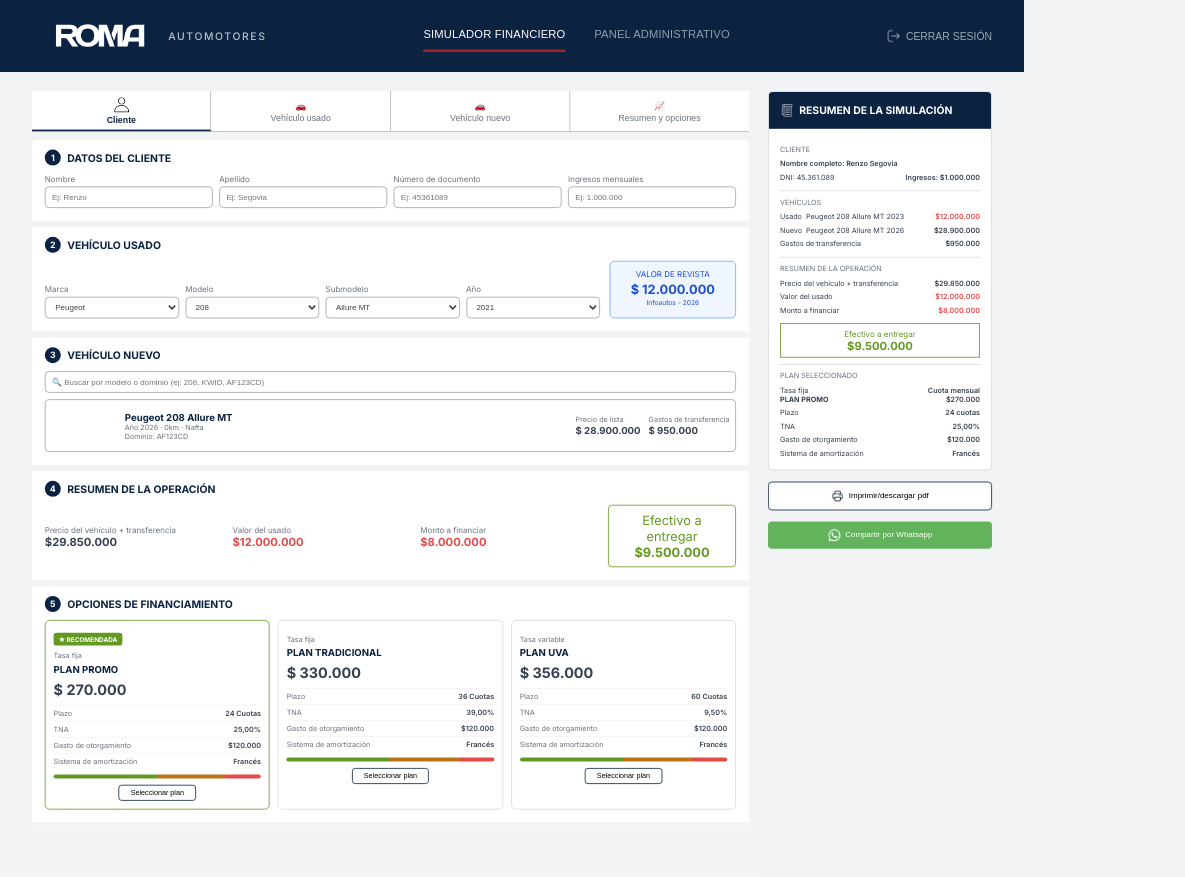
Repository: PPIII-9-012/Roma-System
Page: public/index.html
These files come from the project's save history. The page is drawn as it stood at one moment and after the next save; the edit follows.
The browser window is 1280 px wide. The page is 1280 px wide, then 1481 px, then 1280 px, so the pictures cover 1481 px, including what lies to the right of the window. The pictures show the whole page, at 80% of full size.

Above is the page before, as saved 2026-08-22 16:34:08.

After the next save:
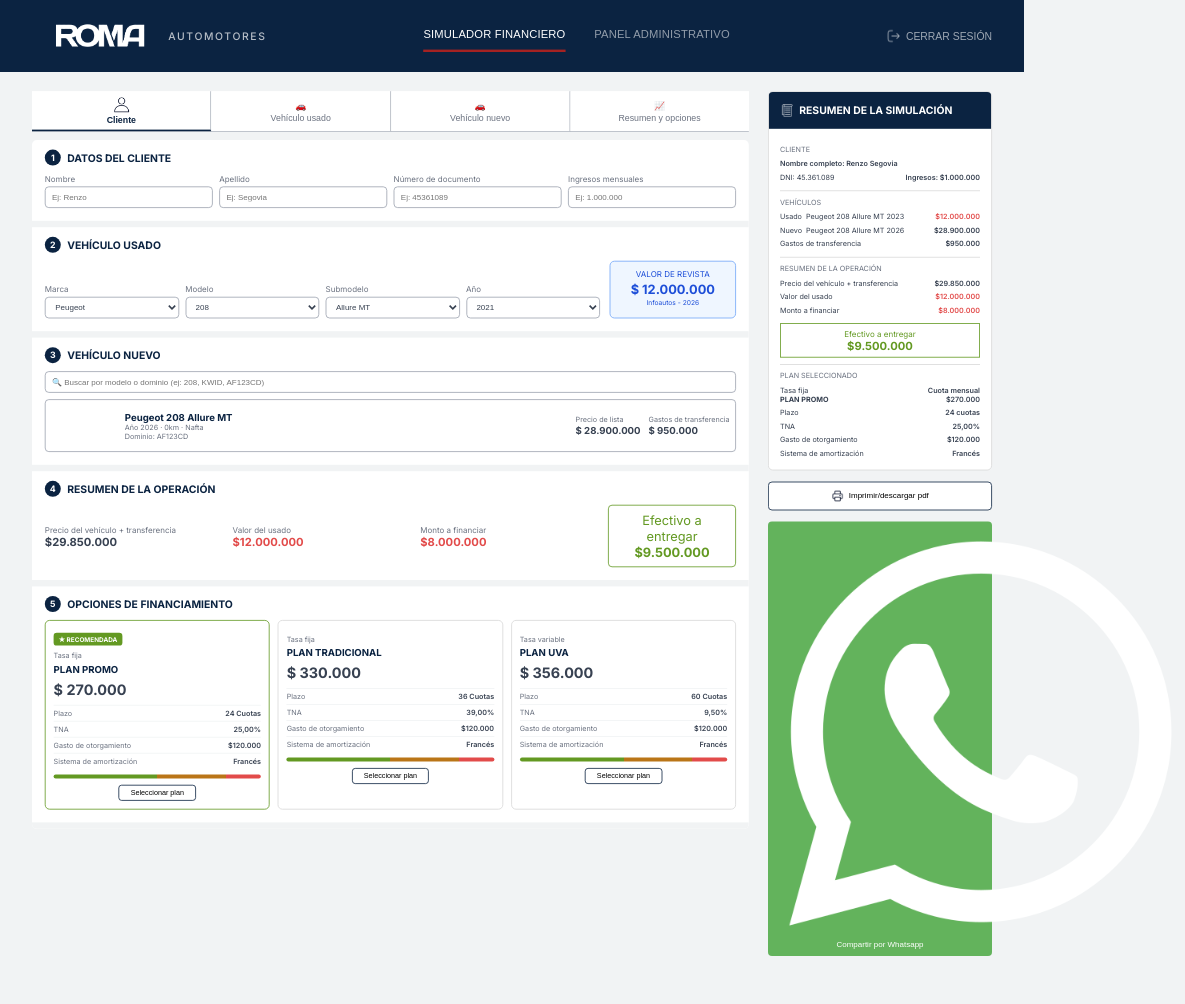
Saved 48 s later.
--- a/public/index.html
+++ b/public/index.html
@@ -237,6 +237,7 @@
             vertical-align: middle;
             margin-right: 6px;
         }
+        .side-action hover
         .whatsapp-logo {
             width: auto;
             height: 16px;

After the save that followed:
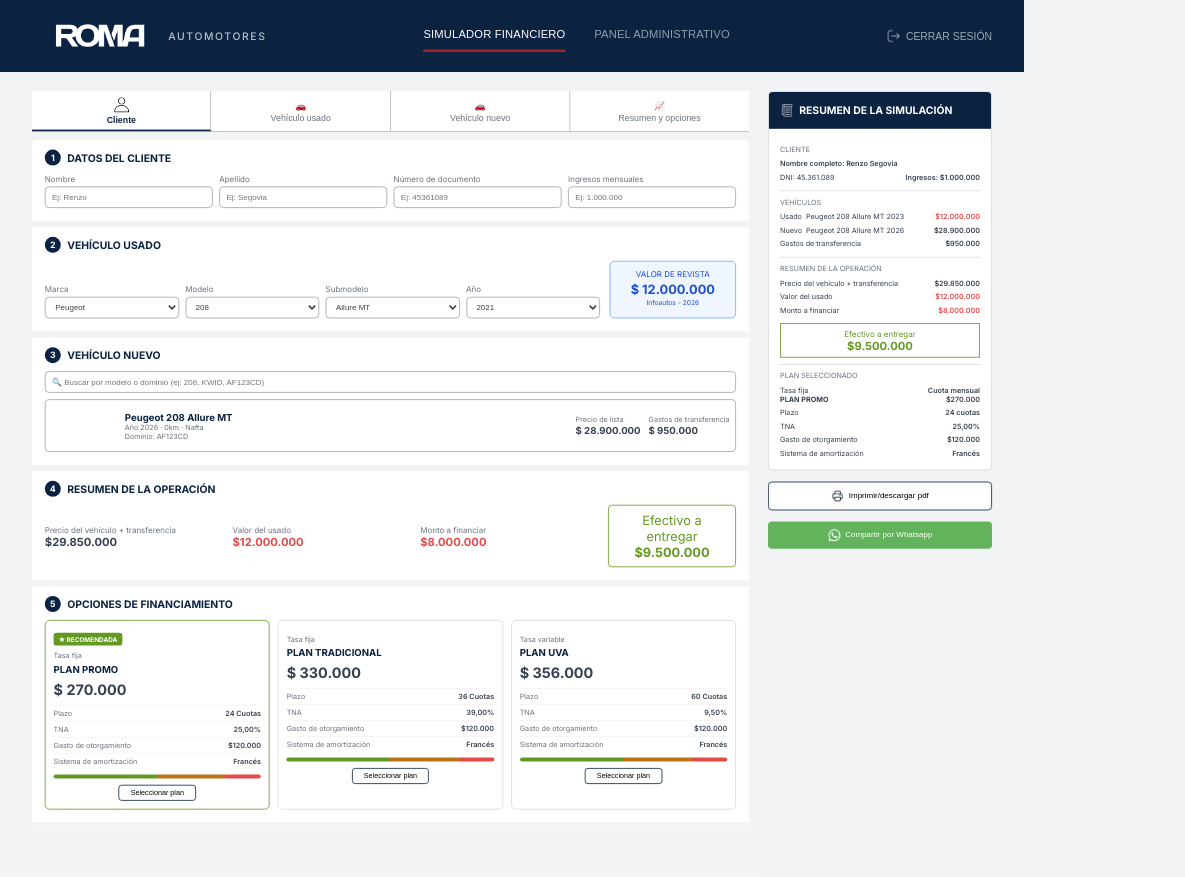
Saved 30 s later.
--- a/public/index.html
+++ b/public/index.html
@@ -237,7 +237,10 @@
             vertical-align: middle;
             margin-right: 6px;
         }
-        .side-action hover
+        .side-action:hover {
+            transition: width 0.3s ease;
+            filter: brightness(0.9);
+        }
         .whatsapp-logo {
             width: auto;
             height: 16px;
